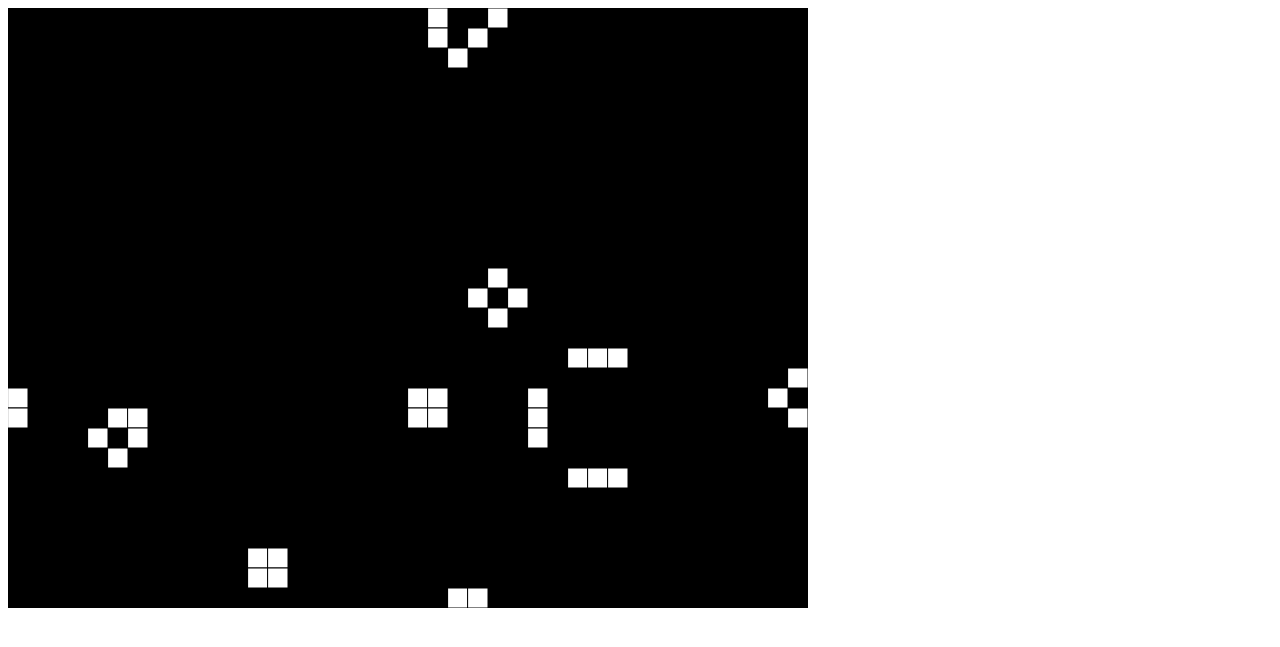
Repository: simenihlen/Game-of-Life
Page: index.html
An editor plug-in stored every save of this project. The page is shown before and after the next save, followed by the edit.
The browser window is 1280 px wide. The pictures show the whole page.

Above is the page before, as saved 2025-09-05 17:00:32.

### index.html
<!DOCTYPE html>
<html>
  <head>
    <meta charset="utf-8">
    <title>Game of Life</title>
    <script src="https://cdn.jsdelivr.net/npm/p5@1.9.0/lib/p5.min.js"></script>
    <script src="sketch.js"></script>
  </head>
  <body>
  </body>
</html>

### sketch.js
function make2DArray(cols, rows) {
    let arr = new Array(cols);
    for (let i = 0; i < arr.length; i++) {
        arr[i] = new Array(rows);
    }
    return arr;
}
let grid;
let cols;
let rows;
let resolution = 20;

function setup() {
    createCanvas(800, 600);
    cols = width / resolution;
    rows = height / resolution;

    grid = make2DArray(cols, rows);
    for (let i = 0; i < cols; i++) {
        for (let j = 0; j < rows; j++) {
            grid[i][j] = floor(random(2));
        }
    }
}

function draw() {
    background(0);

    for (let i = 0; i < cols; i++) {
        for (let j = 0; j < rows; j++) {
            let x = i * resolution;
            let y = j * resolution;
            if (grid[i][j] == 1) {
                fill(255);
                stroke(0);
                rect(x, y, resolution, resolution);
            }
        }
    }

    let next = make2DArray(cols, rows);

    for (let i = 0; i < cols; i++) {
        for (let j = 0; j < rows; j++) {
            let state = grid[i][j];

            let sum = 0;
            let neighbors = countNeighbors(grid, i, j);

            // Rules
            if (state == 0 && neighbors == 3) {
                next[i][j] = 1;
            } else if (state == 1 && (neighbors < 2 || neighbors > 3)) {
                next[i][j] = 0
            } else {
                next[i][j] = state;
            }

            // // Cursed way
            // sum += grid[i - 1][j - 1];
            // sum += grid[i][j - 1];
            // sum += grid[i + 1][j - 1];
            // sum += grid[i + 1][j];
            // sum += grid[i + 1][j + 1];
            // sum += grid[i][j + 1];
            // sum += grid[i - 1][j + 1];
            // sum += grid[i - 1][j];
        }
    }

    grid = next;
}

function countNeighbors(grid, x, y) {
    let sum = 0;
    for (let i = -1; i < 2; i++) {
        for (let j = -1; j < 2; j++) {

            let col = (x + i + cols) % cols;
            let row = (y + j + rows) % rows;

            sum += grid[col][row];
        }
    }
    sum -= grid[x][y];
    return sum;
}

After the next save:
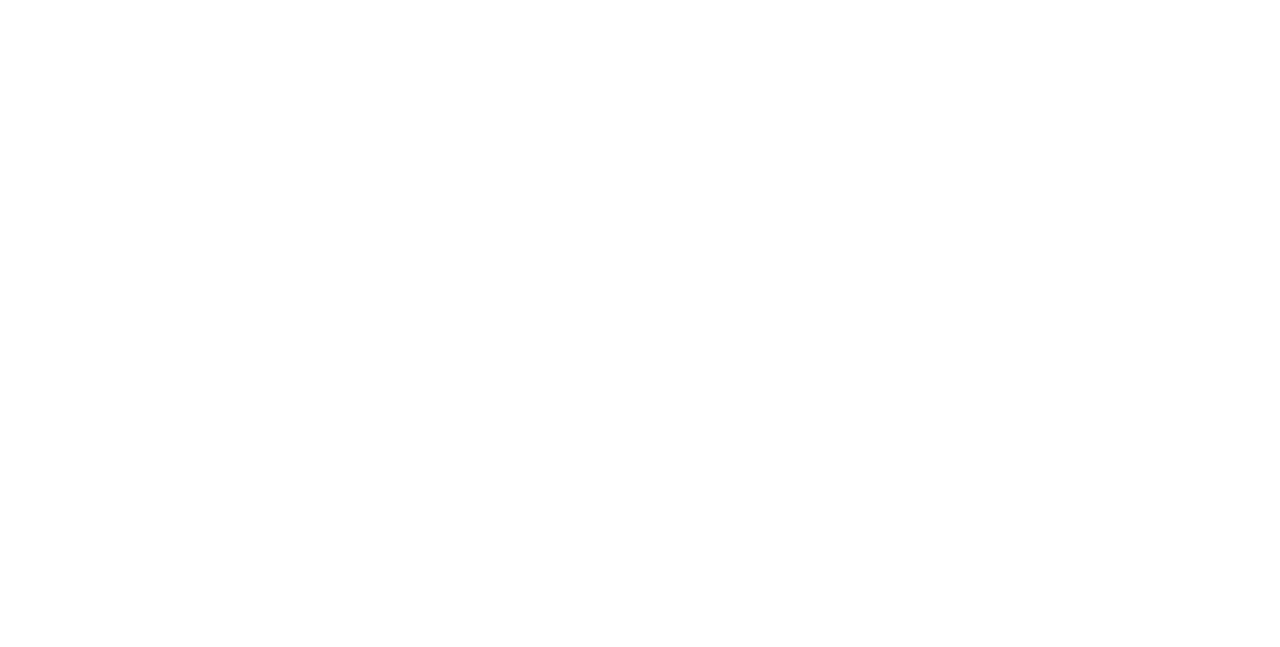
Not found: node_modules/p5/lib/p5.js
Saved 59 s later.
--- a/index.html
+++ b/index.html
@@ -3,7 +3,7 @@
   <head>
     <meta charset="utf-8">
     <title>Game of Life</title>
-    <script src="https://cdn.jsdelivr.net/npm/p5@1.9.0/lib/p5.min.js"></script>
+    <script src="node_modules/p5/lib/p5.js"></script>
     <script src="sketch.js"></script>
   </head>
   <body>

After the save that followed:
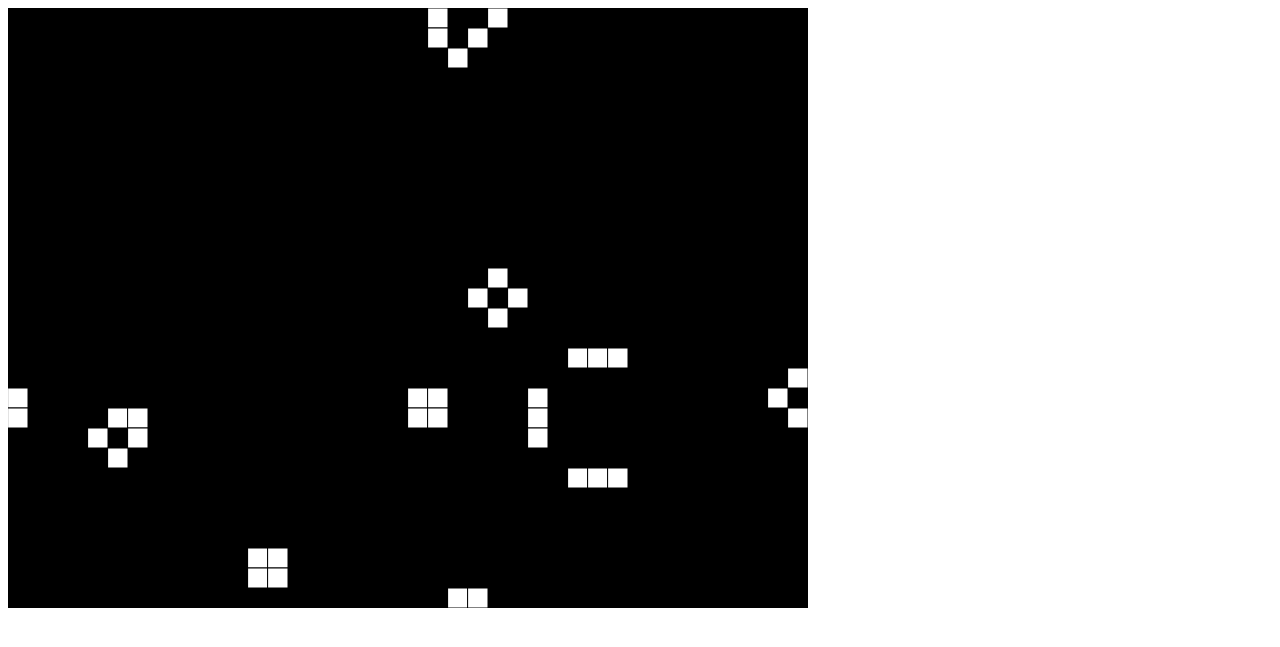
Saved 23 s later.
--- a/index.html
+++ b/index.html
@@ -3,7 +3,7 @@
   <head>
     <meta charset="utf-8">
     <title>Game of Life</title>
-    <script src="node_modules/p5/lib/p5.js"></script>
+    <script src="https://cdn.jsdelivr.net/npm/p5@1.9.0/lib/p5.min.js"></script>
     <script src="sketch.js"></script>
   </head>
   <body>
